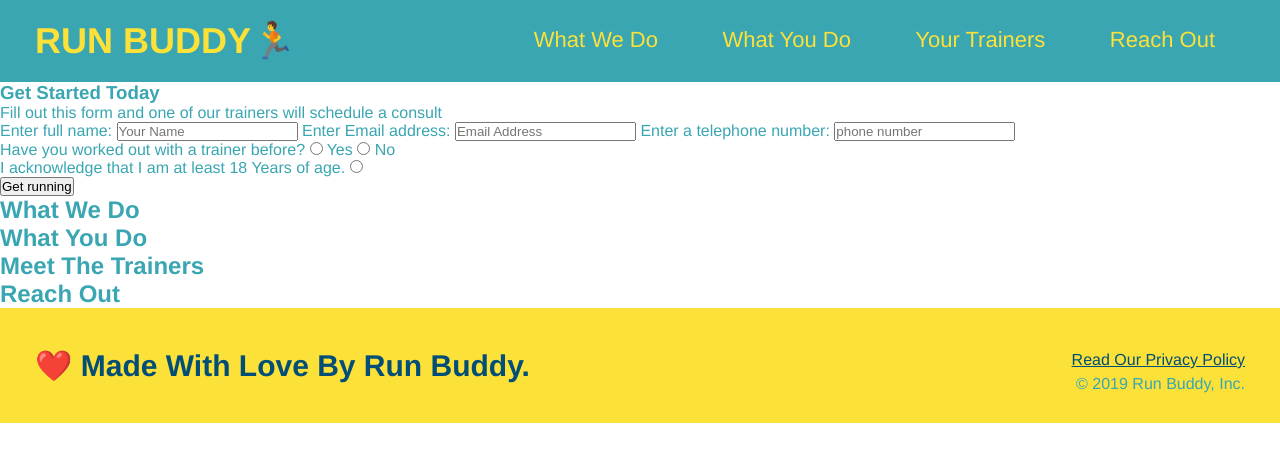
Repository: pilar122/run-buddy
Page: index.html
The author's editor kept a copy of each file at every save. The page is drawn from the files as they stood at one save, then again after the next save.
The browser window is 1280 px wide. The pictures show the whole page.

Above is the page before, as saved 2023-01-21 08:42:22.

### index.html
<!DOCTYPE html>
<html lang="en">
    <head>
        <meta charset="UTF-8"/>
        <title>Run Buddy</title>
        <link rel="stylesheet" href="./assets/css/style.css" />
    </head>
    <body>
        <!-- navigation -->
        <header>
            <h1>
                <a href="/"> RUN BUDDY🏃</a>
            </h1>
            <nav>
                <ul><!--Unordered list element-->
                    <li> <!--List item element-->
                        <a href="#what-we-do">What We Do</a> <!--Anchor Element-->
                    </li>
                    <li>
                        <a href="#what-you-do">What You Do</a>
                    </li>
                    <li>
                        <a href="#your-trainers">Your Trainers</a>
                    </li>
                    <li>
                        <a href="#reach-out">Reach Out</a>
                    </li>
                </ul>
            </nav>
        </header>

        <!--hero/jumbotron-->
        <section>
            <div>
                <h3>Get Started Today</h3>
                <p>Fill out this form and one of our trainers will schedule a consult</p>
                <!--form element-->
                <form>
                    <!--form input-->
                    <label for="name">Enter full name:</label>
                    <input type="text" placeholder="Your Name" name="name" id="name"/>
                    <label for="email">Enter Email address:</label>
                    <input type="text" placeholder="Email Address" name="email" id="email"/>
                    <label for="phone">Enter a telephone number:</label>
                    <input type="text" placeholder="phone number" name="phone" id="phone"/>

                    <!--button for selection-->
                    <p>
                        Have you worked out with a trainer before?
                        <input type="radio" name="trainer-confirm" id="trainer-yes"/>
                        <label for="trainer-yes">Yes</label>
                        <input type="radio" name="trainer-confirm" id="trainer-no"/>
                        <label for="trainer-no">No</label>
                    </p>
                    <p>
                        I acknowledge that I am at least 18 Years of age.
                        <input type="radio" name="age" id="confirm"/>
                        <label for="confirm"></label>
                    </p>
                    <!--the submit button-->
                    <button>
                        Get running
                    </button>
                </form>
            </div>
        </section>

        <!--"what we do" section-->
        <section>
            <h2>What We Do</h2>
        </section>

        <!--"What You Do" section-->
        <section>
            <h2>What You Do</h2>
        </section>

        <!--"Meet The Trainers" section-->
        <section>
            <h2>Meet The Trainers</h2>
        </section>

        <!--"Reach Out" section-->
        <section>
            <h2>Reach Out</h2>
        </section>

        <!--Footer-->
        <footer>
            <h2>❤️ Made With Love By Run Buddy.</h2>
            <div>
                <a href="#">Read Our Privacy Policy</a><br />
                &copy; 2019 Run Buddy, Inc.
            </div>
        </footer>
    </body>
</html>

### assets/css/style.css
/*This is to remove the default browser enforced styled*/
* {
    margin: 0;
    padding: 0;
    box-sizing: border-box;
}

body {
    /*This changes the elements in the body*/
    color: #39a6b2;
    font-family: Helvetica, Arial, sans-serif;
}

/*Applying style to the header*/
header {
    padding: 20px 35px;
    background-color: #39a6b2;
}

header h1 {
    font-weight: bold;
    font-size: 36px;
    color: #fce138;
    margin: 0;
    display: inline; /*This moved the nav on the right hand side up*/
}

header a {
    text-decoration: none;
    color: #fce138;
}

header nav {
    float: right;
    margin: 7px 0;
}

header nav ul li {
    display: inline; /*horizontally in a row*/
}

header nav ul li a {
    margin: 0 30px;
    font-weight: lighter;
    font-size: 22px;
}

footer {
    background: #fce138;
    width: 100%;
    padding: 40px 35px;
}

footer h2 {
    display: inline;
    color: #024e76;
    font-size: 30px;
    margin: 0;
}

footer div {
    float: right;
    line-height: 1.5;
    text-align: right;
}

footer a {
    color: #024e76;
}

After the next save:
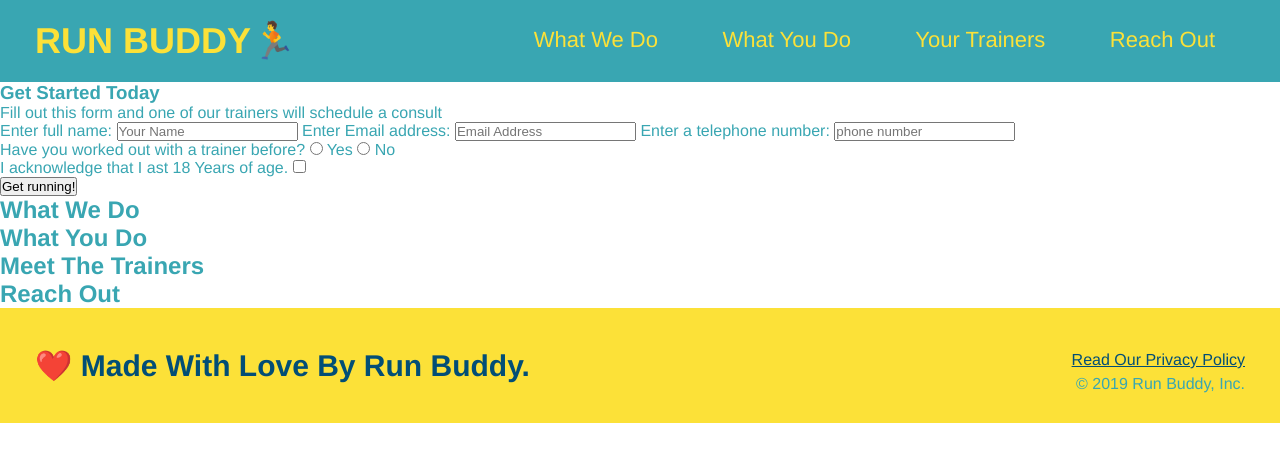
Saved 3 min 56 s later.
--- a/index.html
+++ b/index.html
@@ -53,13 +53,15 @@
                         <label for="trainer-no">No</label>
                     </p>
                     <p>
-                        I acknowledge that I am at least 18 Years of age.
-                        <input type="radio" name="age" id="confirm"/>
-                        <label for="confirm"></label>
+                        <label for="checkbox">
+                        I acknowledge that I ast 18 Years of age.
+                        </label>
+                        <input type="checkbox" name="age-confirm" id="checkbox"/>
+
                     </p>
                     <!--the submit button-->
-                    <button>
-                        Get running
+                    <button type="submit">
+                        Get running!
                     </button>
                 </form>
             </div>
